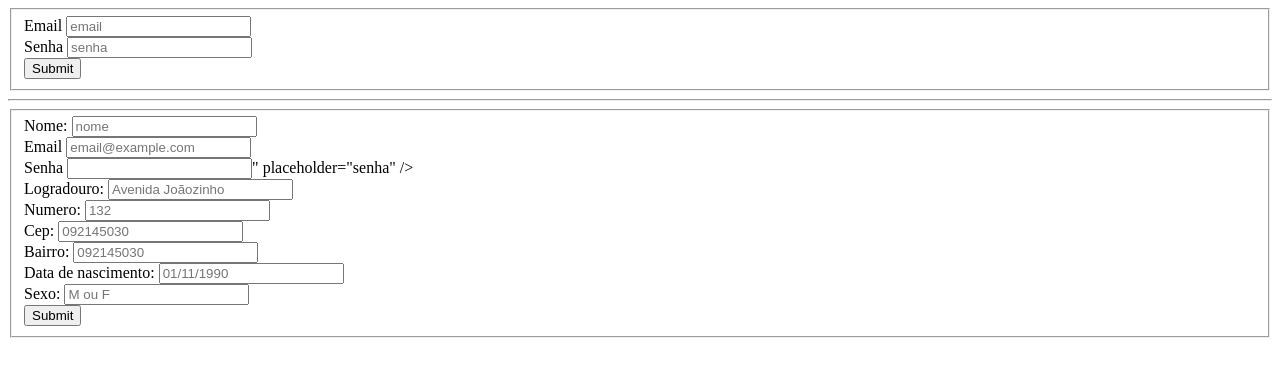
Repository: moises2112/Projetos
Page: http://localhost/Dog/LoginController.do?action=logar
The author's editor kept a copy of each file at every save. The page is drawn from the files as they stood at one save, then again after the next save.
The browser window is 1280 px wide. The pictures show the whole page.
The page is served by Tomcat 9. Other server files are loaded and not shown.

Above is the page before, as saved 2017-06-09 00:37:25.

### Dog/WebContent/login.jsp

<%@ page language="java" contentType="text/html; charset=ISO-8859-1"
	pageEncoding="ISO-8859-1"%>
<%@ taglib uri="http://java.sun.com/jsp/jstl/core" prefix="c"%>
<!DOCTYPE HTML>
<html>
<head>
<meta http-equiv="Content-Type" content="text/html; charset=ISO-8859-1">

<title>Bem vindo ao Tindog</title>
</head>
<body>
	<form action="LoginController.do" method="post">
		<fieldset>
			<div>
				<label for="email">Email</label> <input type="text" name="email"
					placeholder="email" />
			</div>
			<div>
				<label for="senha">Senha</label> <input type="password" name="senha"
					placeholder="senha" />
			</div>
			<div>
				<input type="submit" value="Submit" />
			</div>
		</fieldset>
	</form>
	<label><c:out value="${erroAoLogar}" /></label>
	<hr>
	<form action="UsuarioController.do?action=inserir" method="post">
		<fieldset>

			<div>
				<label for="nome">Nome:</label> <input type="text" name="nome"
					placeholder="nome" />
			</div>
			<div>
				<label for="email">Email</label> <input type="text" name="email"
					placeholder="email@example.com" />
			</div>
			<div>
				<label for="senha">Senha</label> <input type="password" name="senha" />"
				placeholder="senha" />
			</div>
			<div>
				<label for="logradouro">Logradouro:</label> <input type="text"
					name="logradouro" placeholder="Avenida Joãozinho" />
			</div>
			<div>
				<label for="numero">Numero:</label> <input type="text" name="numero"
					placeholder="132" />
			</div>
			<div>
				<label for="cep">Cep:</label> <input type="text" name="cep"
					placeholder="092145030" />
			</div>
			<div>
				<label for="bairro">Bairro:</label> <input type="text" name="bairro"
					placeholder="092145030" />
			</div>
			<div>
				<label for="dataNascimento">Data de nascimento:</label> <input
					type="text" name="dataNascimento" placeholder="01/11/1990" />
			</div>
			<div>
				<label for="sexo">Sexo:</label> <input type="text" name="sexo"
					placeholder="M ou F" />
			</div>

			<div>
				<input type="submit" value="Submit" />
			</div>
		</fieldset>
	</form>


</body>
</html>

### Dog/src/br/com/dog/controller/LoginController.java
package br.com.dog.controller;

import java.io.IOException;

import java.sql.SQLException;

import javax.servlet.RequestDispatcher;
import javax.servlet.ServletConfig;
import javax.servlet.ServletException;
import javax.servlet.annotation.WebServlet;
import javax.servlet.http.HttpServlet;
import javax.servlet.http.HttpServletRequest;
import javax.servlet.http.HttpServletResponse;
import javax.servlet.http.HttpSession;
import br.com.dog.controller.util.NavegacaoUtil;
import br.com.dog.model.dao.CachorroDAO;
import br.com.dog.model.dao.UsuarioDAO;
import br.com.dog.model.dao.impl.jdbc.CachorroDao;
import br.com.dog.model.dao.impl.jdbc.UsuarioDao;
import br.com.dog.model.entity.Usuario;

/**
 * Servlet implementation class LoginController
 */
@WebServlet("/LoginController.do")
public class LoginController extends HttpServlet {
	private static final long serialVersionUID = 1L;

	/**
	 * Default constructor.
	 */

	/**
	 * @see HttpServlet#doGet(HttpServletRequest request, HttpServletResponse
	 *      response)
	 */
	protected void doGet(HttpServletRequest request, HttpServletResponse response)
			throws ServletException, IOException {

		RequestDispatcher view = request.getRequestDispatcher(NavegacaoUtil.LOGIN);
		view.forward(request, response);
	}

	/**
	 * @see HttpServlet#doPost(HttpServletRequest request, HttpServletResponse
	 *      response)
	 */
	protected void doPost(HttpServletRequest request, HttpServletResponse response)
			throws ServletException, IOException {
		String action = request.getParameter("action");
		RequestDispatcher view = null;
		if (action.equalsIgnoreCase("logar")) {
			UsuarioDAO userDAO = new UsuarioDao();

			String senhaDaTela = request.getParameter("senha");
			String emailDaTela = request.getParameter("email");

			Usuario usuario = null;

			try {
				// erro esta na linha abaixo
				usuario = userDAO.buscarLoginSenha(senhaDaTela, emailDaTela);

			} catch (SQLException e) {
				// TODO Auto-generated catch block
				e.printStackTrace();
			}

			if (usuario != null) {
				view = request.getRequestDispatcher(NavegacaoUtil.HOME);

				request.setAttribute("usuarioLogado", usuario);

				CachorroDAO dogDAO = new CachorroDao();
				try {
					request.setAttribute("myDogs", dogDAO.buscaPorUsuario(usuario));
				} catch (SQLException e) {
					// TODO Auto-generated catch block
					e.printStackTrace();
				}
				// HttpSession session = request.getSession();
				// session.setAttribute("usuario", usuario);
			} else {
				view = request.getRequestDispatcher(NavegacaoUtil.LOGIN);
				request.setAttribute("erroAoLogar", "Usuario ou senha inválido");
			}
		} else if (action.equalsIgnoreCase("logout")) {
			view = request.getRequestDispatcher(NavegacaoUtil.LOGIN);
			request.removeAttribute("usuarioLogado");
		}
		view.forward(request, response);
	}
}

After the next save:
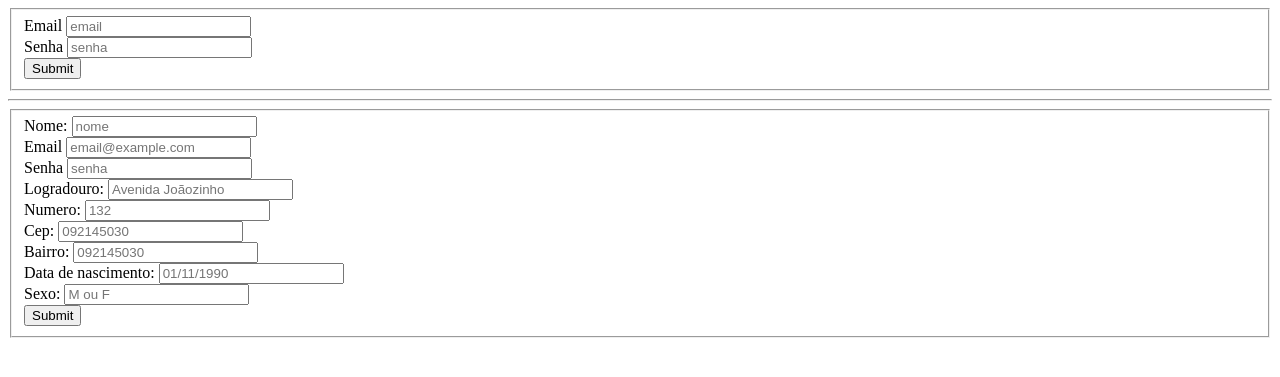
Saved 28 min 11 s later.
--- a/Dog/WebContent/login.jsp
+++ b/Dog/WebContent/login.jsp
@@ -39,8 +39,8 @@
 					placeholder="email@example.com" />
 			</div>
 			<div>
-				<label for="senha">Senha</label> <input type="password" name="senha" />"
-				placeholder="senha" />
+				<label for="senha">Senha</label> <input type="password" name="senha"
+					placeholder="senha" />
 			</div>
 			<div>
 				<label for="logradouro">Logradouro:</label> <input type="text"
